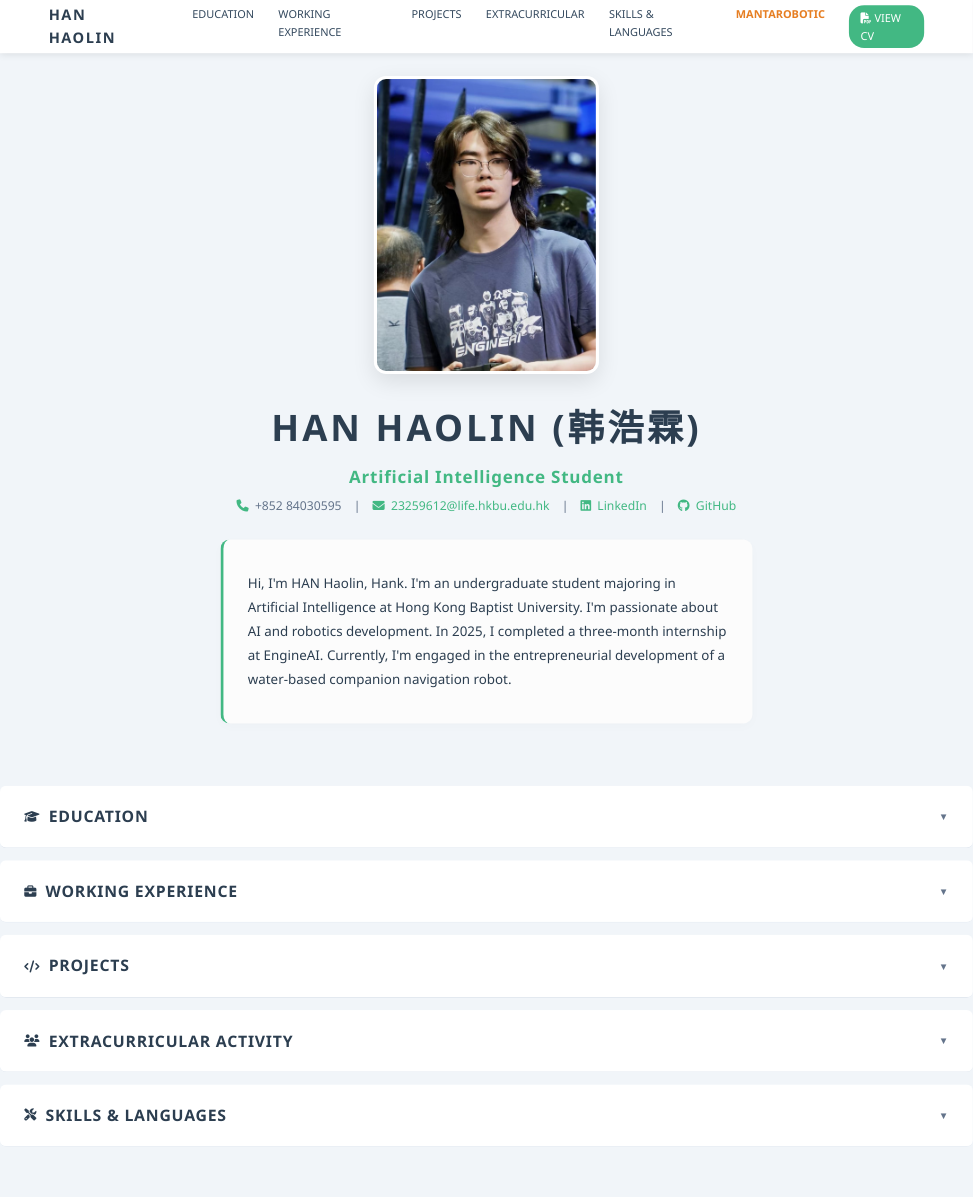
Repository: hhl2802149944-afk/hhl2802149944-afk.github.io
Page: /
An editor plug-in stored every save of this project. The page is shown before and after the next save, followed by the edit.
The browser window is 1280 px wide. The pictures show the whole page, at 76% of full size.
The project was rebuilt for these pictures with package versions that can differ from the ones it lists, and the page was loaded fresh each time. Also part of the build but not shown: vite.config.js, src/components/ProjectCard.vue, src/views/MantaRoboticView.vue.

Above is the page before, as saved 2026-01-22 11:21:44.

After the next save:
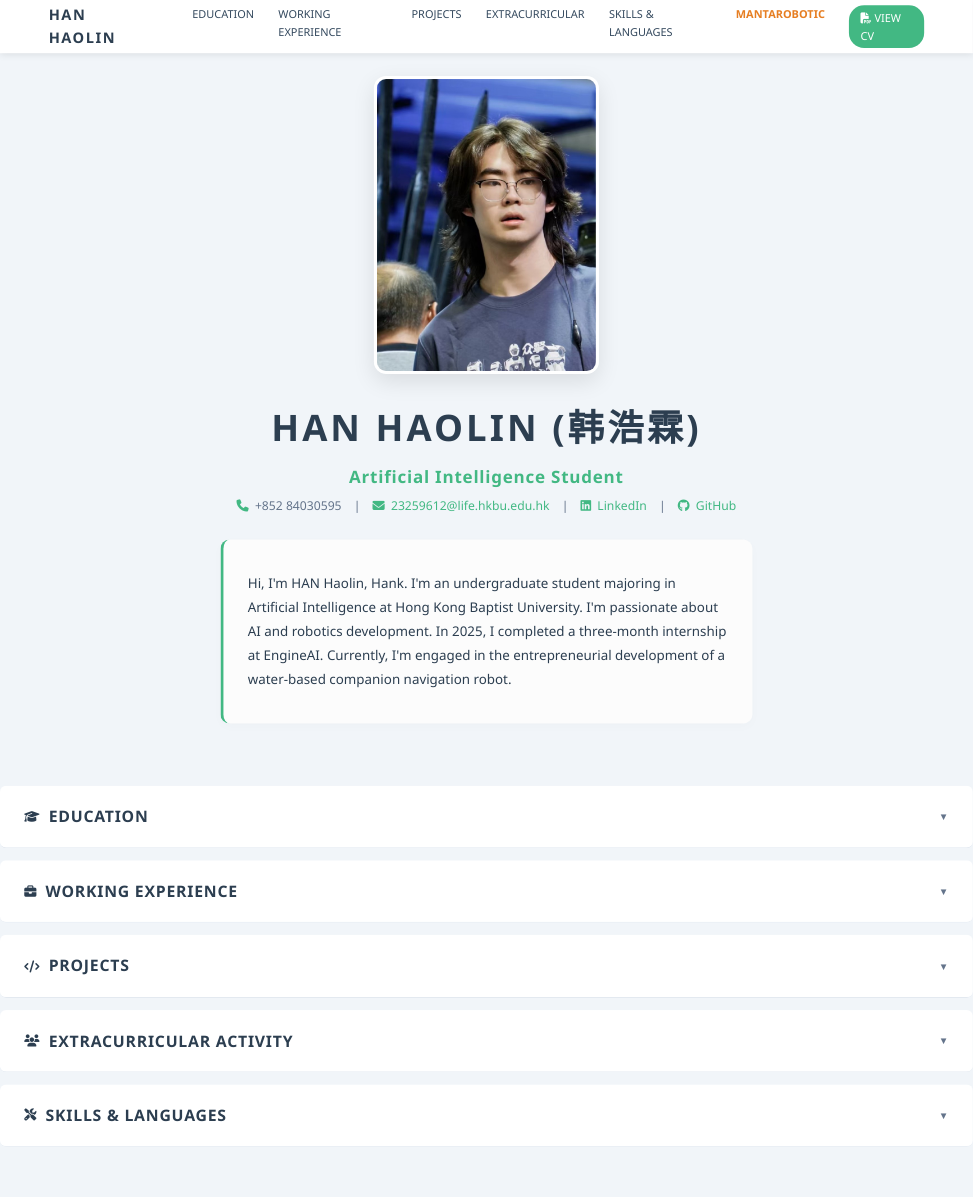
Saved 9 s later.
--- a/src/components/ResumeHeader.vue
+++ b/src/components/ResumeHeader.vue
@@ -104,8 +104,8 @@ h1 {
 }
 
 .profile-pic {
-  width: 120%;
-  height: 120%;
+  width: 150%;
+  height: 150%;
   object-fit: cover;
 }
 
